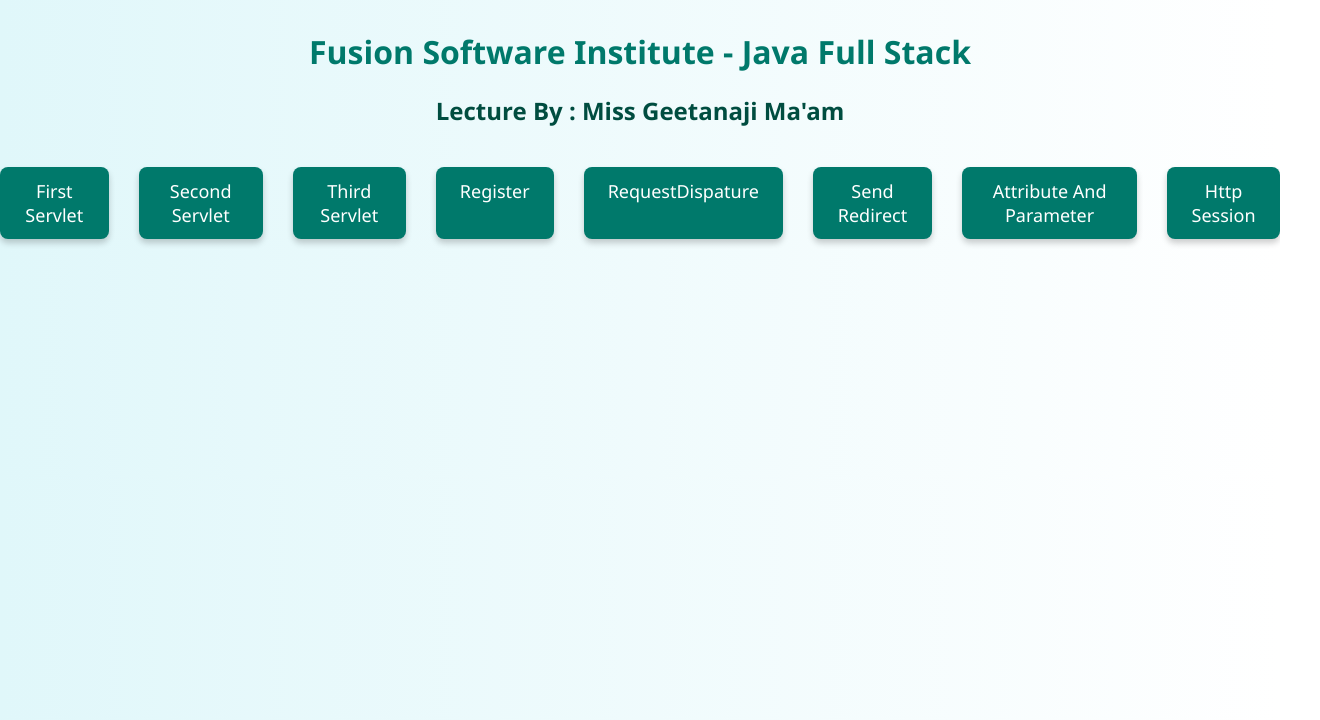
Repository: AkshayKPrajapati/CodingHub
Page: Servlet/WebContent/Index.html
These files come from the project's save history. The page is drawn as it stood at one moment and after the next save; the edit follows.
The browser window is 1280 px wide. The page is 1280 px wide, then 1320 px, so the pictures cover 1320 px, including what lies to the right of the window. The pictures show the whole page.

Above is the page before, as saved 2025-10-14 19:00:18.

After the next save:
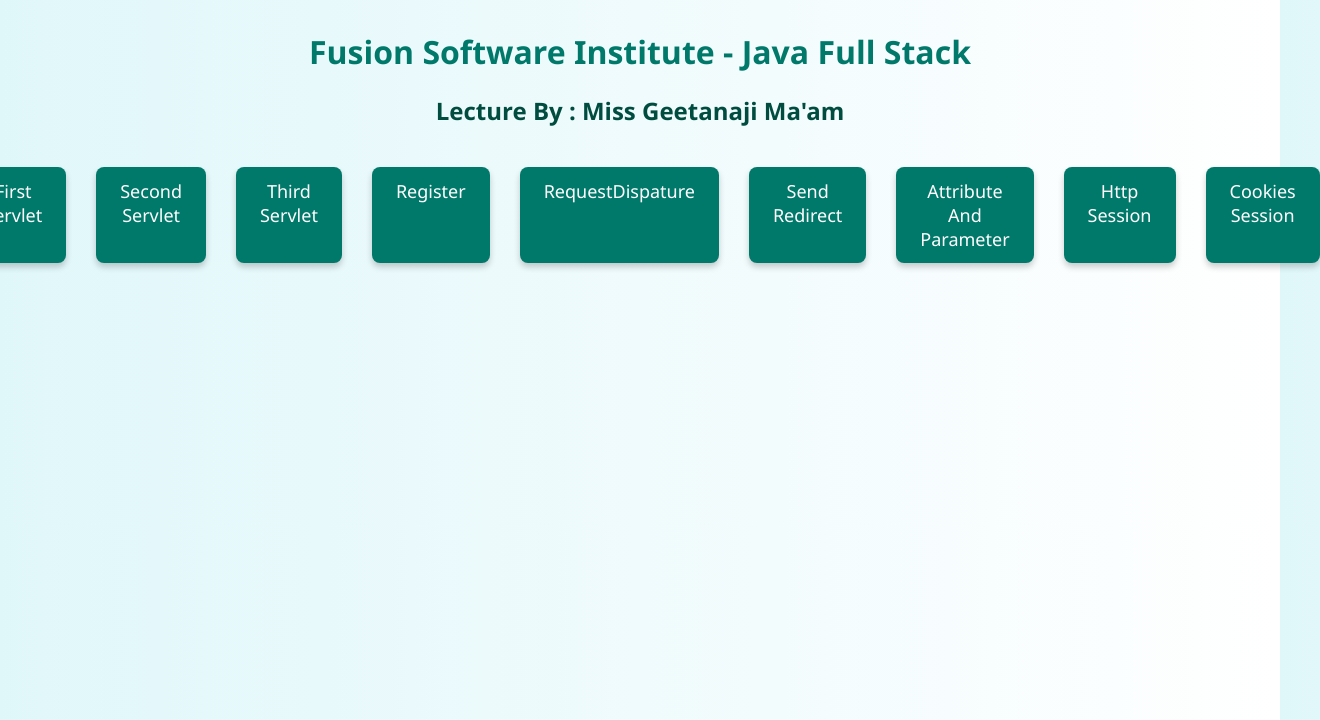
Saved 7 s later.
--- a/Servlet/WebContent/Index.html
+++ b/Servlet/WebContent/Index.html
@@ -60,6 +60,7 @@
        	<a href="sendRedirect.html">Send Redirect</a>
        	<a href="attributepara.html">Attribute And Parameter</a>
        	<a href="httpSession.html">Http Session </a>
+       	<a href="cookies.html">Cookies Session </a>
     </div>
 </body>
 </html>
